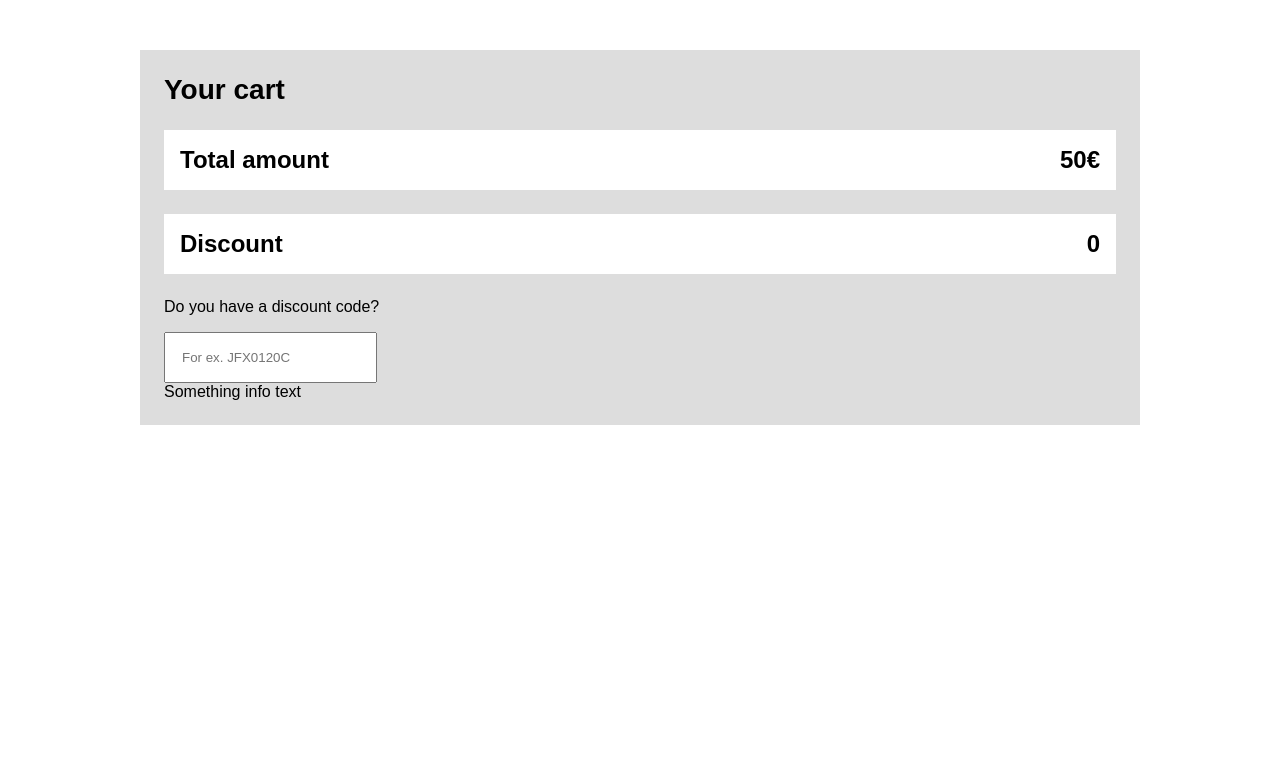
Repository: kcvijay/cart-discoutcodes
Page: /
The author's editor kept a copy of each file at every save. The page is drawn from the files as they stood at one save, then again after the next save.
The browser window is 1280 px wide. The pictures show the whole page.
The project was rebuilt for these pictures with package versions that can differ from the ones it lists, and the page was loaded fresh each time. Also part of the build but not shown: src/App.css.

Above is the page before, as saved 2023-05-17 11:32:44.

### public/index.html
<!DOCTYPE html>
<html lang="en">
  <head>
    <meta charset="utf-8" />
    <link rel="icon" href="%PUBLIC_URL%/favicon.ico" />
    <meta name="viewport" content="width=device-width, initial-scale=1" />
    <meta name="theme-color" content="#000000" />
    <meta
      name="description"
      content="Discount Codes searching, fetching and enabling for the cart system."
    />
    <link rel="apple-touch-icon" href="%PUBLIC_URL%/logo192.png" />
    <link rel="manifest" href="%PUBLIC_URL%/manifest.json" />
    <title>Discount Codes for Cart</title>
  </head>
  <body>
    <noscript>You need to enable JavaScript to run this app.</noscript>
    <div id="root"></div>

  </body>
</html>

### src/index.css
* {
  margin: 0;
  padding: 0;
  box-sizing: border-box;
  scroll-behavior: smooth;
}

body {
  max-width: 100vw;
  min-height: 100vh;
  font-family: Arial, Helvetica, sans-serif;
}

.main-wrapper {
  max-width: 1000px;
  min-height: auto;
  background-color: #ddd;
  margin: 50px auto;
  padding: 1.5rem;
}

.content-header {
  font-size: 1.75rem;
  margin-bottom: 1.5rem;
}

.detail-block {
  display: flex;
  justify-content: space-between;
  padding: 1rem;
  background: #fff;
  margin-bottom: 1.5rem;
}
/****/
/****/

form label {
  display: block;
  margin-bottom: 1rem;
}

form input {
  padding: 1rem;
  font-family: inherit;
  min-width: 150px;
}

### src/App.tsx
import React from "react";
import "./App.css";
import CartInput from "./CartInput";

function App() {
  return (
    <div className="App">
      <CartInput />
    </div>
  );
}

export default App;

### src/CartInput.tsx
import React from "react";

const CartInput = () => {
  return (
    <div className="main-wrapper">
      <h2 className="content-header">Your cart</h2>
      <div className="detail-block">
        <h2>Total amount</h2>
        <h2>{"50€"}</h2>
      </div>
      <div className="detail-block">
        <h2>Discount</h2>
        <h2>{"0"}</h2>
      </div>

      <form>
        <label htmlFor="discountCode">Do you have a discount code?</label>
        <input
          type="text"
          name="discountCode"
          id="discountCode"
          placeholder="For ex. JFX0120C"
        />
      </form>
      <p className="info-text">Something info text</p>
    </div>
  );
};

export default CartInput;

Loaded but not shown: src/index.tsx (common file); src/reportWebVitals.ts (common file)

After the next save:
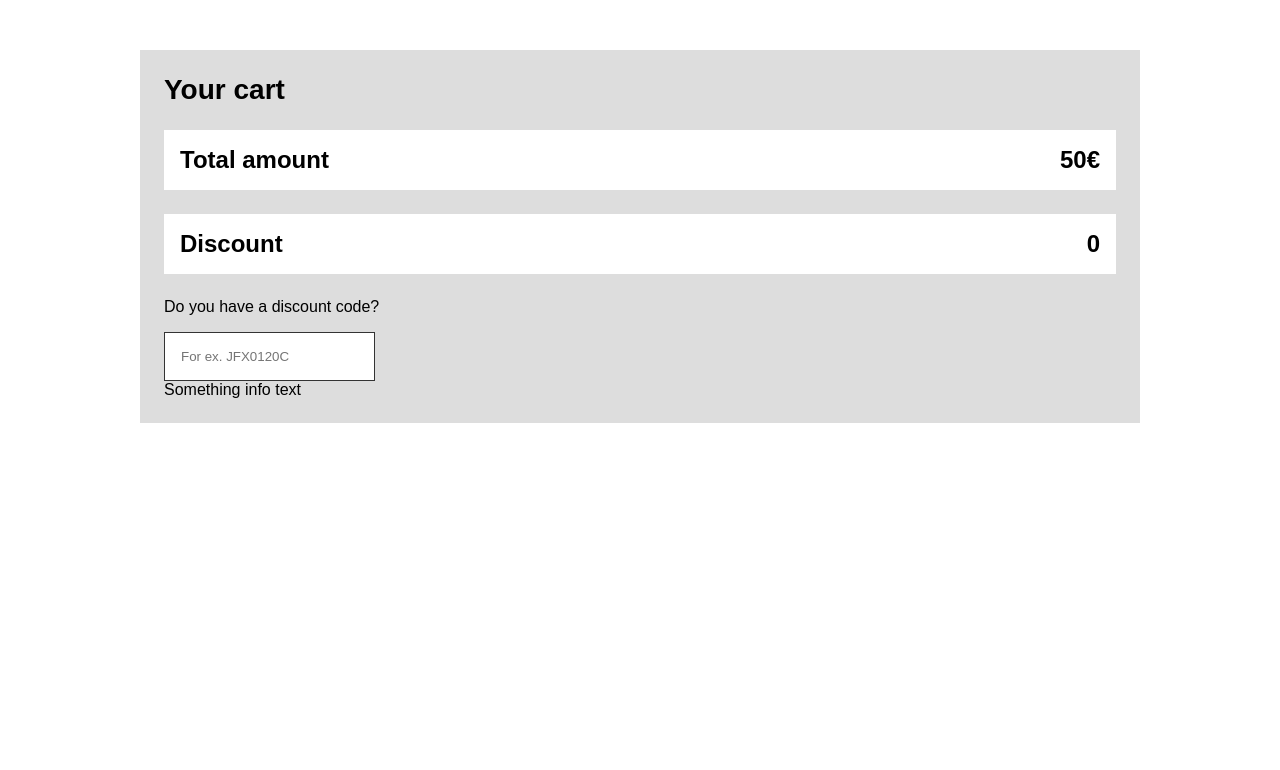
Saved 14 s later.
--- a/src/index.css
+++ b/src/index.css
@@ -43,4 +43,5 @@ form input {
   padding: 1rem;
   font-family: inherit;
   min-width: 150px;
+  border: 1px solid #333;
 }
